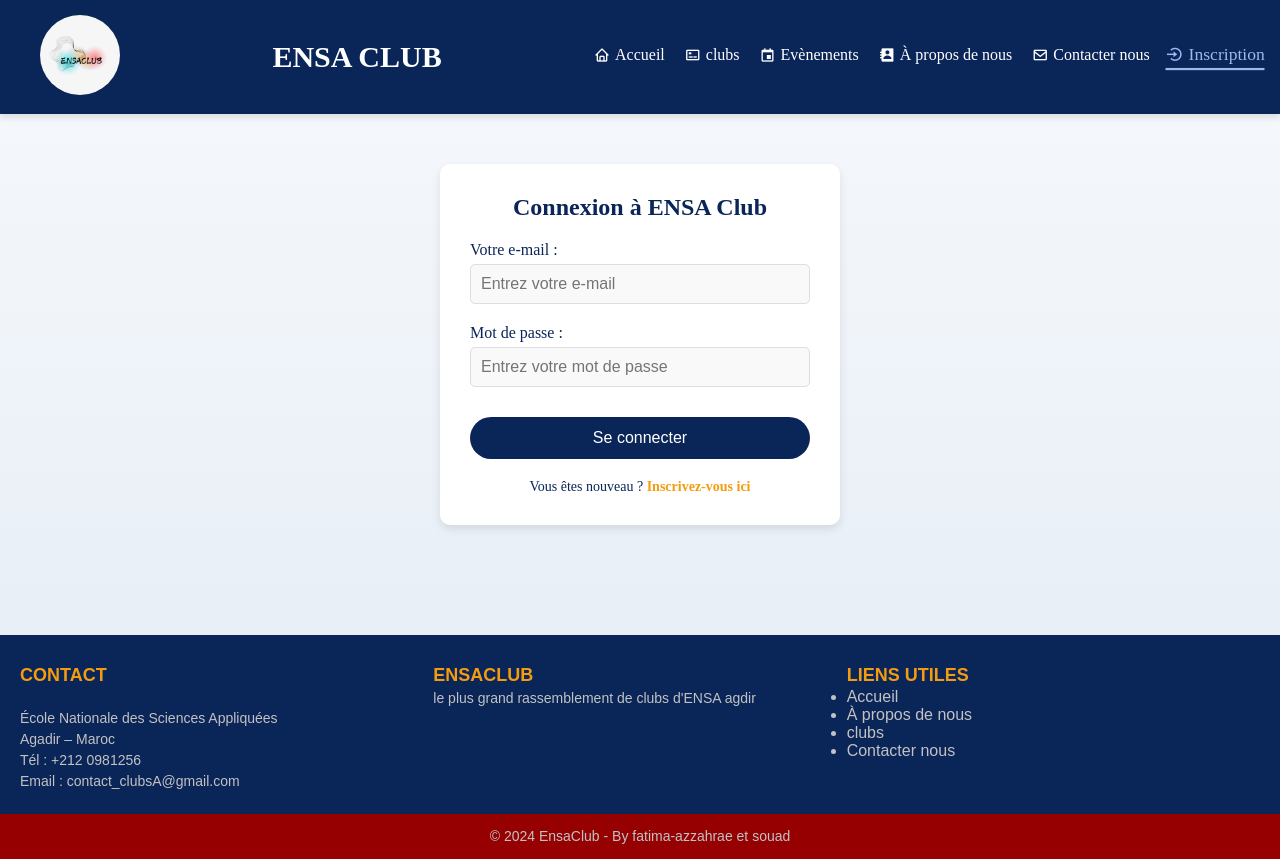
Repository: fati-smart/ENSAclub
Page: login.html
These files come from the project's save history. The page is drawn as it stood at one moment and after the next save; the edit follows.
The browser window is 1280 px wide. The pictures show the whole page.

Above is the page before, as saved 2024-12-02 17:12:29.

After the next save:
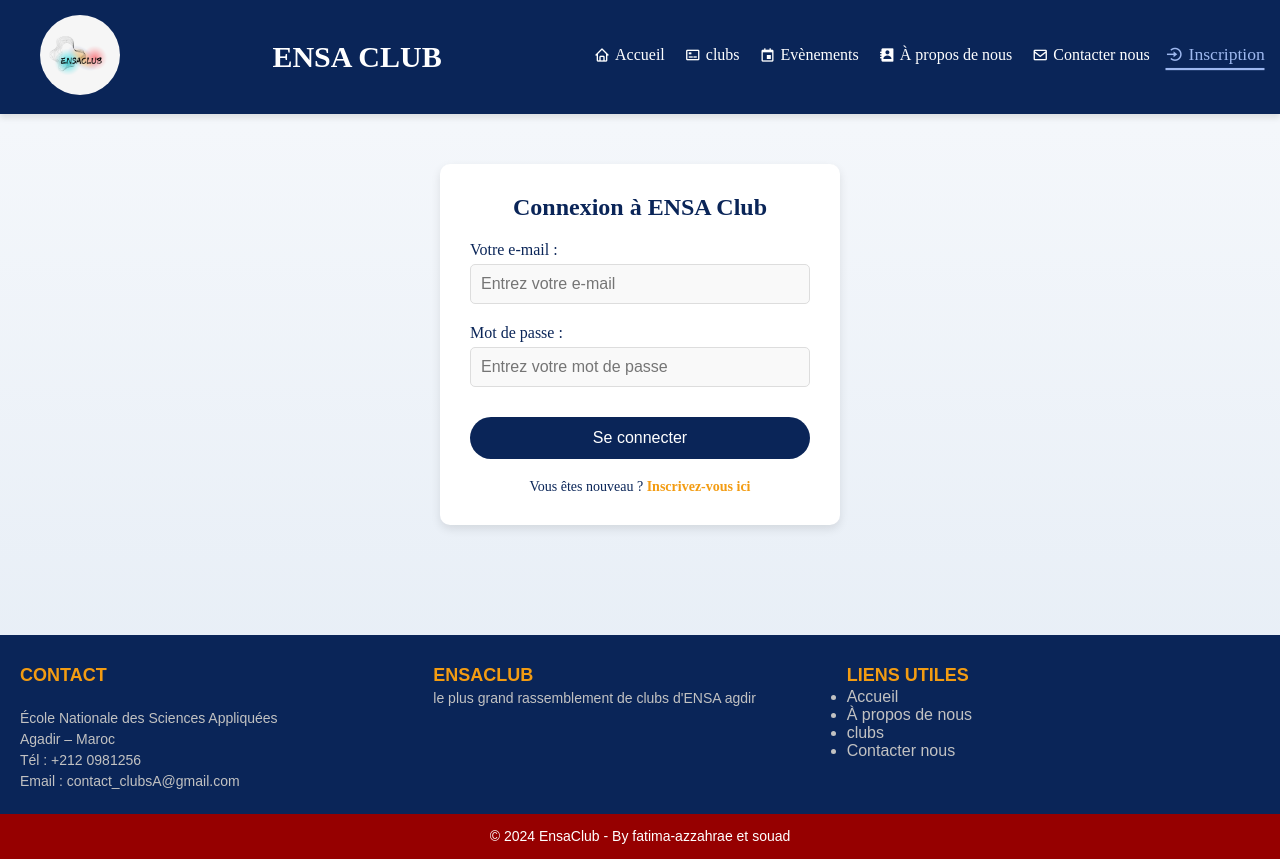
Saved 5 s later.
--- a/style.css
+++ b/style.css
@@ -720,7 +720,7 @@ i.bx.bx-chevrons-left:hover {
 
 .footer-bottom {
     background-color: #960000;
-    color: #bdc3c7;
+    color: white;
     padding: 10px;
     font-size: 12px;
 }
